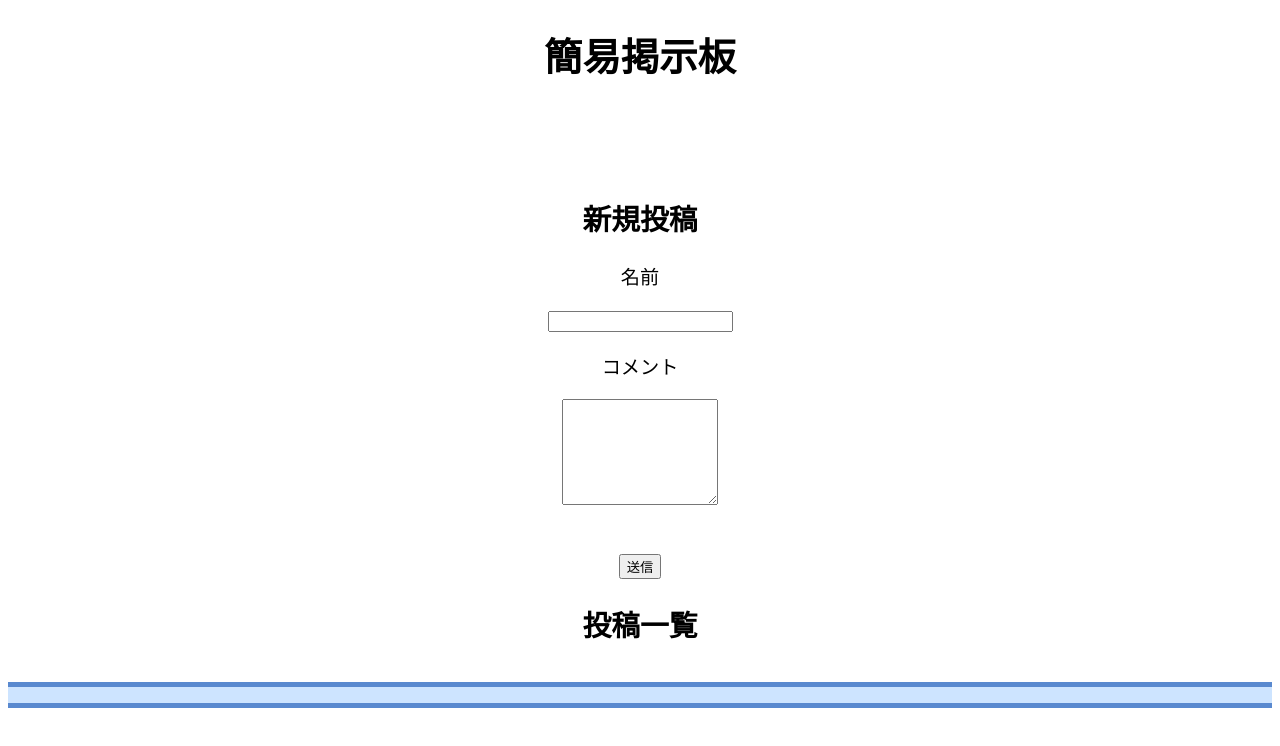
Repository: kakutoshi/test
Page: http://localhost/
An editor plug-in stored every save of this project. The page is shown before and after the next save, followed by the edit.
The browser window is 1280 px wide. The pictures show the whole page.
The page is run by PHP 8.4 with error messages shown; the project is at /var/www/html/. Queries for data that is not in the repository find no rows.

Above is the page before, as saved 2022-04-19 00:48:16.

After the next save:
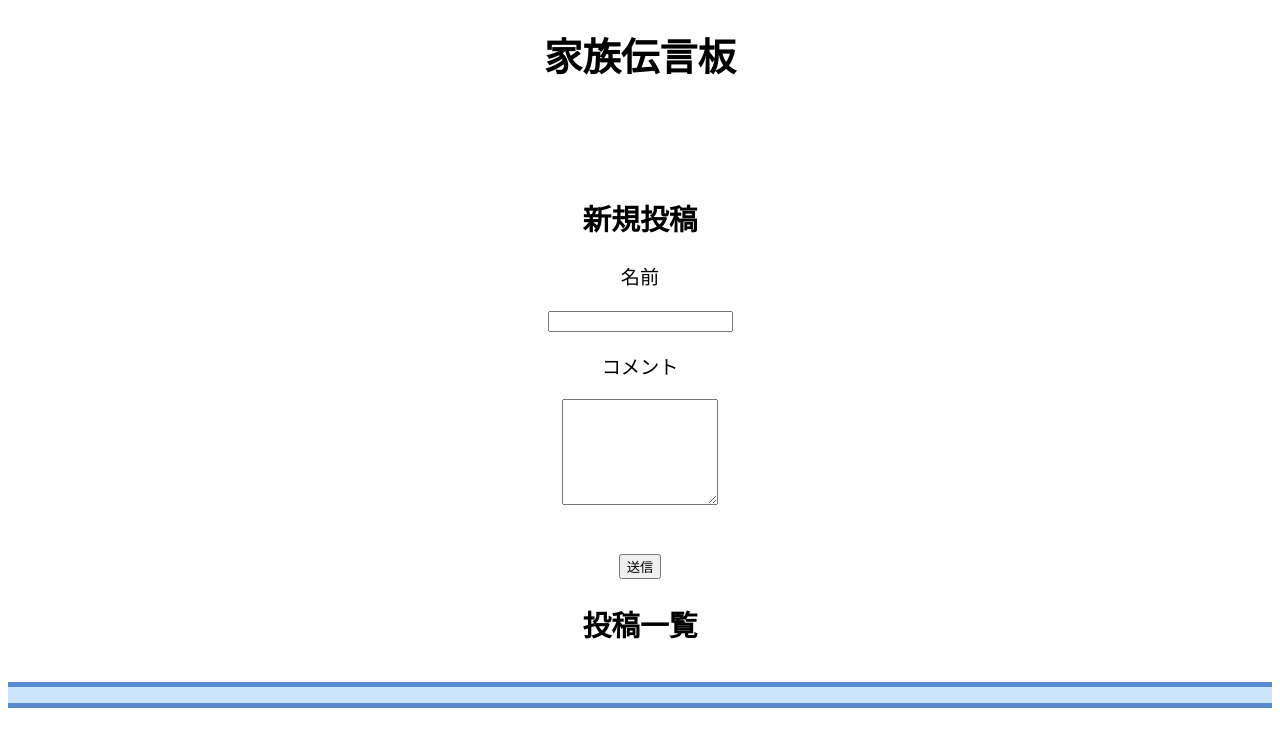
Saved 112 s later.
--- a/it06/htdocs/BBS/index.php
+++ b/it06/htdocs/BBS/index.php
@@ -13,7 +13,7 @@
 </head>
 <body>
 
-<h1>簡易掲示板</h1>
+<h1>家族伝言板</h1>
 <br>
 <br>
 <br>
@@ -64,7 +64,7 @@ $db = new PDO("mysql:host=127.0.0.1;dbname=BBS;charset=utf8", "root", "");
 
 
 
-$n = $db->query("SELECT * FROM tb1 ORDER BY no DESC limit 20");
+$n = $db->query("SELECT * FROM tb1 ORDER BY no DESC");
 while ($i = $n -> fetch()) {
     print "{$i['no']}:{$i['name']}<br>{$i['time']}<br>" . nl2br($i['message']) . "<hr>";
 }
